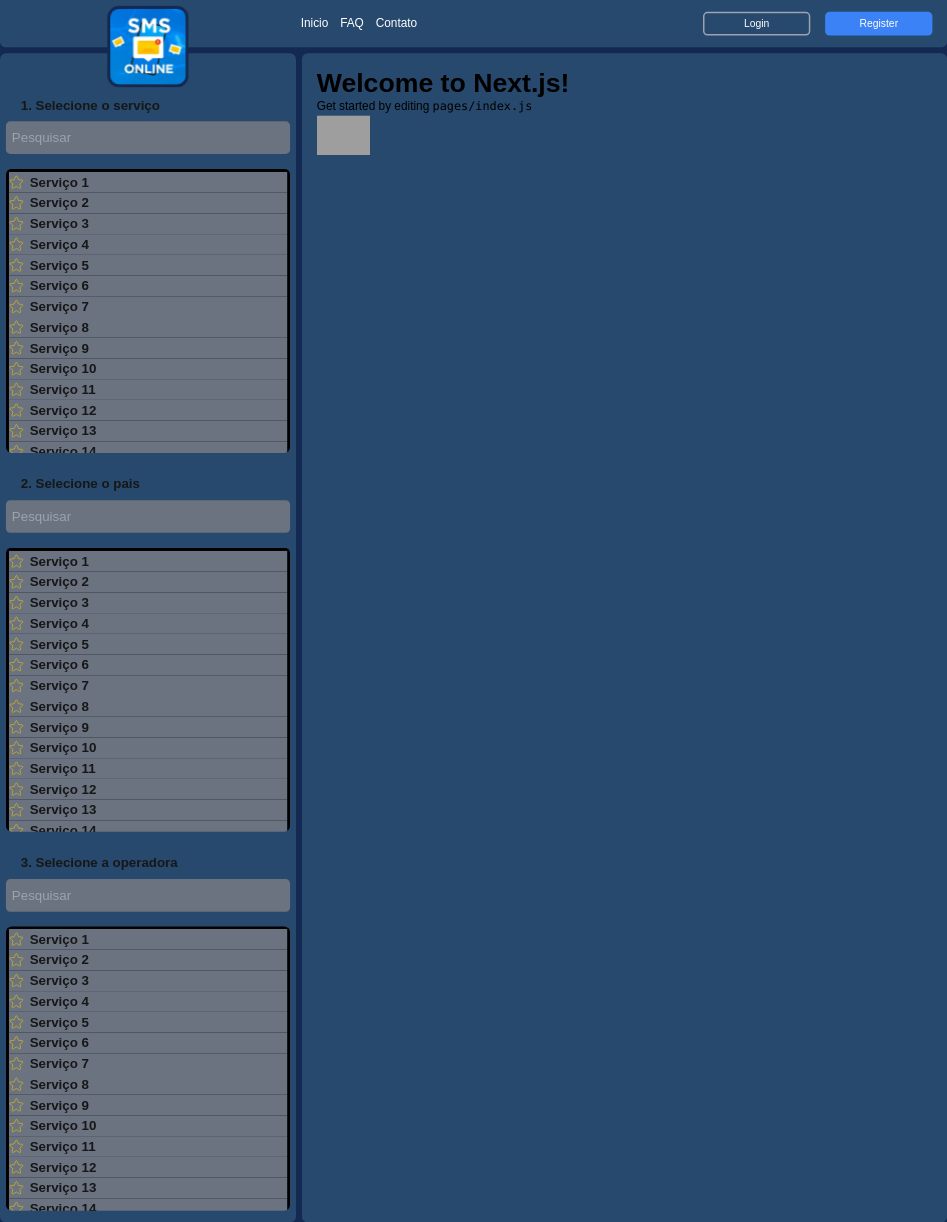
Repository: Felipe-Henrique-Dev/-DIOGO-SMS
Page: /
These files come from the project's save history. The page is drawn as it stood at one moment and after a run of saves; the edit follows.
The browser window is 1280 px wide. The pictures show the whole page, at 74% of full size.
Pictures or frames that could not be fetched are drawn as grey boxes. The project was rebuilt for these pictures with package versions that can differ from the ones it lists, and the page was loaded fresh each time. The framework's server and built-in components were replaced by stand-ins that run in the browser. Also part of the build but not shown: next.config.ts.

Above is the page before, as saved 2024-12-16 22:31:49.

### src/app/layout.tsx
import type { Metadata } from "next";
import "./globals.css";
import Header from "@/components/main/Header";
import Main from "@/components/main/Main";
import WebApp from "@/components/main/WebApp";



export const metadata: Metadata = {
  title: "Create Next App",
  description: "Generated by create next app",
};

export default function RootLayout({
  children,
}: Readonly<{
  children: React.ReactNode;
}>) {
  return (
    <html lang="pt-br">
      <body className={`antialiased`}>
        <Header />
        <Main>
          <WebApp />
          {children}
        </Main>
      </body>
    </html>
  );
}

### src/app/page.tsx
import Section from "@/components/main/Section";
import Image from "next/image";

export default function Home() {
  return (
    <Section>
      <h1 className="text-4xl font-bold text-center">Welcome to Next.js!</h1>
      <p className="text-center">
        Get started by editing <code>pages/index.js</code>
      </p>
      <Image
        src="/vercel.svg"
        alt="Vercel Logo"
        width={72}
        height={16}
      />
    </Section>
  );
}

### src/app/globals.css
@tailwind base;
@tailwind components;
@tailwind utilities;

:root {
  --background: hsl(220, 60%, 20%);
  --background-secondary: hsl(211, 47%, 29%);
  --background-tertiary: hsl(0, 0%, 87%);
  --primary_text: hsl(0, 0%, 100%);
  --foreground: #171717;
  --color-primary: #000;
  --color-secondary: hsl(208, 98%, 43%);
}


body {
  color: var(--foreground);
  background: var(--background);
  font-family: Arial, Helvetica, sans-serif;
}

::-webkit-scrollbar {
  width: 8px;
  height: 10px;
}

::-webkit-scrollbar-track {
  background-color: var(--background);
}

::-webkit-scrollbar-thumb {
  background: var(--color-secondary);
  border-radius: 10px;
}

::-webkit-scrollbar-thumb:hover {
  background-color: var(--color-highlight-hover);
}

### src/components/main/Header.tsx
import React from "react";
import { Button } from "./Button";


export default function Header() {
  return (
    <header className="h-16 bg-background_secondary max-w-screen-2xl m-auto top-0 items-center justify-between  flex rounded-b-lg px-5 z-[99] ">
        <span className="text-white text-lg font-bold"></span>
        <nav className="flex gap-4">
            <a href="#" className="text-white">Inicio</a>
            <a href="#" className="text-white">FAQ</a>
            <a href="#" className="text-white">Contato</a>
        </nav>
        <div className="container flex justify-between items-center w-1/4 gap-5">
            <Button type="button" size="sm" className="text-white" isLoading={false} bgColor="none">Login</Button>
            <Button type="button" size="sm" className="text-white" isLoading={false} bgColor="primary">
                Register
            </Button>
        </div>
    </header>
  );
}

### src/components/main/Main.tsx
import React from "react";

export default function Main({
  children,
}: Readonly<{
  children: React.ReactNode;
}>) {
  return (
    <main className="container max-w-screen-2xl mx-auto flex pt-2 gap-2 ">
      {children}
    </main>
  );
}

### src/components/main/WebApp.tsx
'use client'
import React from "react";
import { Input } from "./Input";
import { useForm } from "react-hook-form"
import Image from "next/image";
export default function WebApp() {
  const [selectService, setSelectService] = React.useState<{ title: string; valor: number; numberDispobilize: number; id: string } | null>(null);
  const [selectCountry, setSelectCountry] = React.useState<{ title: string; valor: number; numberDispobilize: number; id: string } | null>(null);
  const [selectOperator, setSelectOperator] = React.useState<{ title: string; valor: number; numberDispobilize: number; id: string } | null>(null);

  return (
    <aside className="min-w-[25rem] min-h-[90svh] bg-background_secondary text-pri sticky left-0 top-[4.5rem] rounded-lg flex flex-col p-2 gap-5  pt-14 z-[999]">
      <Image src="/logo.webp" alt="Logo" width={110} height={110} className="rounded-2xl absolute -top-16 transform -translate-x-1/2 left-1/2 z-[99] border-4 border-background " />
      <Container subTitle="1. Selecione o serviço" list={list} select={selectService} setSelect={setSelectService} />
      <Container subTitle="2. Selecione o pais" list={list} select={selectCountry} setSelect={setSelectCountry} />
      <Container subTitle="3. Selecione a operadora" list={list} select={selectOperator} setSelect={setSelectOperator} />
    </aside>
  );
}


const Container = ({
  list,
  subTitle,
  select,
  setSelect
}: {
  subTitle: string;
  select?: { title: string; valor: number; numberDispobilize: number; id: string } | null;
  setSelect: React.Dispatch<React.SetStateAction<{ title: string; valor: number; numberDispobilize: number; id: string } | null>>;
  list: { title: string; valor: number; numberDispobilize: number; id: string }[];
}) => {
  const { register, watch } = useForm();
  const filter = (watch("filter") || "").toLowerCase();
  const [favorites, setFavorites] = React.useState<string[]>([]);
  const [loading, setLoading] = React.useState<boolean>(true);

  React.useEffect(() => {
    const storedFavorites = JSON.parse(localStorage.getItem("favorites") || "[]");
    setFavorites(storedFavorites);
    setLoading(false);
  }, []);

  const setFavoriteInStorage = (item: string) => {
    const newFavorites = favorites.includes(item)
      ? favorites.filter(favorite => favorite !== item)
      : [...favorites, item];

    setFavorites(newFavorites);
    localStorage.setItem("favorites", JSON.stringify(newFavorites));
  };

  // Primeiro filtrar e ordenar a lista antes do map
  const filteredAndSortedList = React.useMemo(() => {
    return list
      .filter(item => item.title.toLowerCase().includes(filter))
      .sort((a, b) => {
        const aFav = favorites.includes(a.id);
        const bFav = favorites.includes(b.id);
        if (aFav && !bFav) return -1;
        if (!aFav && bFav) return 1;
        return 0;
      });
  }, [list, filter, favorites]);

  if (loading) return <div>Carregando...</div>;

  return (
    <div className="flex flex-col gap-2  ">
      <span className="text-lg font-bold w-full text-start px-5">{subTitle}</span>
      {
        select ?
          <div className="flex w-full bg-slate-300 rounded-lg h-10 items-center justify-start px-5 gap-5 ">
            <button onClick={() => setSelect(null)} className="flex items-center justify-center gap-2 h-8 min-w-8 rounded-xl border-red-500 border-[1px] text-black">X</button>
            <span className="text-lg font-bold min-w-8 h-8 rounded-full text-center bg-white ">I</span>
            <span className="text-lg font-bold w-auto text-center">{select.title}</span>
          </div>
        :
        <>
          <Input type="text" placeholder="Pesquisar" size="lg" register={register("filter")} />
          <div className="h-96 bg-black w-full my-2 overflow-x-auto scroll-smooth rounded-lg p-1 ">
            {filteredAndSortedList.map((item) => (
              <div className="bg-gray-500 w-full flex items-center justify-start gap-2" key={item.id}>
                <Stars
                  stars={favorites.includes(item.id)}
                  setFavorite={() => setFavoriteInStorage(item.id)}
                />
                <button className="flex flex-col" onClick={() => setSelect(item)}>
                  <span className="text-lg font-bold w-full text-center">{item.title}</span>
                </button>
              </div>
            ))}
          </div>
        </>
      }
    </div>
  );
};



const list = [
  {
    id: "1",
    title: "Serviço 1",
    valor: 10.00,
    numberDispobilize: 6000,
  },
  {
    id: "2",
    title: "Serviço 2",
    valor: 20.00,
    numberDispobilize: 5000,
  },
  {
    id: "3",
    title: "Serviço 3",
    valor: 30.00,
    numberDispobilize: 4000,
  },
  {
    id: "4",
    title: "Serviço 4",
    valor: 40.00,
    numberDispobilize: 3000,
  },
  {
    id: "5",
    title: "Serviço 5",
    valor: 50.00,
    numberDispobilize: 2000,
  },
  {
    id: "6",
    title: "Serviço 6",
    valor: 60.00,
    numberDispobilize: 1000,
  },
  {
    id: "7",
    title: "Serviço 7",
    valor: 70.00,
    numberDispobilize: 900,
  },
  {
    id: "8",
    title: "Serviço 8",
    valor: 80.00,
    numberDispobilize: 800,
  },
  {
    id: "9",
    title: "Serviço 9",
    valor: 90.00,
    numberDispobilize: 700,
  },
  {
    id: "10",
    title: "Serviço 10",
    valor: 100.00,
    numberDispobilize: 600,
  },
  {
    id: "11",
    title: "Serviço 11",
    valor: 110.00,
    numberDispobilize: 500,
  },
  {
    id: "12",
    title: "Serviço 12",
    valor: 120.00,
    numberDispobilize: 400,
  },
  {
    id: "13",
    title: "Serviço 13",
    valor: 130.00,
    numberDispobilize: 300,
  },
  {
    id: "14",
    title: "Serviço 14",
    valor: 140.00,
    numberDispobilize: 200,
  },
  {
    id: "15",
    title: "Serviço 15",
    valor: 150.00,
    numberDispobilize: 100,
  }
];

const Stars = ({stars, setFavorite} : {stars: boolean, setFavorite: () => void}) => {
  return (
      <>
          {
              !stars?
              <svg width="20" height="20" viewBox="0 0 13 12" fill="none" xmlns="http://www.w3.org/2000/svg" onClick={setFavorite} className="cursor-pointer" >
                  <path d="M6.49956 9.51326L9.26623 11.1866C9.77289 11.4933 10.3929 11.0399 10.2596 10.4666L9.52623 7.31992L11.9729 5.19993C12.4196 4.81326 12.1796 4.07993 11.5929 4.03326L8.37289 3.75993L7.11289 0.786592C6.88623 0.246592 6.11289 0.246592 5.88623 0.786592L4.62623 3.75326L1.40623 4.02659C0.81956 4.07326 0.57956 4.80659 1.02623 5.19326L3.47289 7.31326L2.73956 10.4599C2.60623 11.0333 3.22623 11.4866 3.73289 11.1799L6.49956 9.51326Z" fill="none" stroke="#EFC900" strokeWidth="0.5"/>
              </svg>
              :
              <svg width="20" height="20" viewBox="0 0 13 12" fill="none" xmlns="http://www.w3.org/2000/svg" onClick={setFavorite} className="cursor-pointer">
                  <path d="M6.49956 9.51326L9.26623 11.1866C9.77289 11.4933 10.3929 11.0399 10.2596 10.4666L9.52623 7.31992L11.9729 5.19993C12.4196 4.81326 12.1796 4.07993 11.5929 4.03326L8.37289 3.75993L7.11289 0.786592C6.88623 0.246592 6.11289 0.246592 5.88623 0.786592L4.62623 3.75326L1.40623 4.02659C0.81956 4.07326 0.57956 4.80659 1.02623 5.19326L3.47289 7.31326L2.73956 10.4599C2.60623 11.0333 3.22623 11.4866 3.73289 11.1799L6.49956 9.51326Z" fill="#EFC900"/>
              </svg>
          }
      </>
  );
}

### src/components/main/Section.tsx
import { cn } from "@/lib/utils";
import React from "react";

export default function Section({
  children,
  className
}: Readonly<{
  children: React.ReactNode;
  className?: string;
}>) {
  return (
    <section className={cn(
      "p-5 flex flex-col min-h-[90svh] bg-background_secondary w-full text-black items-start justify-start rounded-lg ",
      className
    )}>
      {children}
    </section>
  );
}

### src/components/main/Button.tsx
/* eslint-disable @typescript-eslint/no-explicit-any */
import { cn } from "@/lib/utils";
import React from "react";

export const Button = ({
    className,
    size = "md",
    onClick,
    children,
    type,
    isLoading,
    bgColor = "primary",
}:{
    type: 'button' | 'submit' | 'reset';
    onClick?: (event: React.MouseEvent<HTMLButtonElement>) => void;
    className?: string;
    children: React.ReactNode;
    size?: "sm" | "md" | "lg";
    isLoading: boolean;
    bgColor?: "primary" | "secondary" | "danger" | "none";
}) => {

    const sizes = {
        sm: "w-1/2 h-8 text-sm",
        md: "w-3/4 h-10 text-base",
        lg: "w-full h-14 text-lg",
    };

    const bgColors = {
        primary: "bg-blue-500 text-white",
        secondary: "bg-gray-500 text-white",
        danger: "bg-red-500 text-white",
        none: "bg-transparent text-black border-gray-400 border-2 "
    };

    return (
        <button
            type={type}
            onClick={onClick}
            className={cn(
                "p-2 rounded-md relative flex items-center justify-center",
                bgColors[bgColor],
                sizes[size],
                className
            )}
            disabled={isLoading}
        >
            {
                isLoading ? loading() : children
            }
        </button>
    );
}


const loading = () => {
    return (
        <div className="absolute inset-0 bg-gray-300 bg-opacity-50 flex items-center justify-center">
            <div className="animate-spin rounded-full h-12 w-12 border-t-2 border-b-2 border-gray-900"></div>
        </div>
    );
}

### src/components/main/Input.tsx
/* eslint-disable @typescript-eslint/no-unused-vars */
/* eslint-disable @typescript-eslint/no-explicit-any */
import { cn } from "@/lib/utils";
import React from "react";

export const Input = ({
    type,
    placeholder,
    classNameSpan,
    classNameLabel,
    classNameInput,
    label,
    size = "md",
    icon,
    register,
    bgColor = "secondary",
    labelIsHidden = false,
    name
}:{
    type: 'text' | 'password' | 'email';
    placeholder: string;
    classNameSpan?: string;
    classNameLabel?: string;
    classNameInput?: string;
    size?: "sm" | "md" | "lg";
    icon?: React.ReactNode;
    register?: any;
    label?: string;
    bgColor?: "primary" | "secondary" | "danger" | "none";
    labelIsHidden?: boolean;
    name?: string;
}) => {

    const sizes = {
        sm: "w-1/2 h-8 text-sm",
        md: "w-3/4 h-10 text-base",
        lg: "w-full h-12 text-lg",
    };

    const bgColors = {
        primary: "bg-blue-500 text-white",
        secondary: "bg-gray-500 text-white",
        danger: "bg-red-500 text-white",
        none: "bg-transparent text-black border-gray-300 border-2"
    };


    return (
        <span className={cn(
                "relative flex flex-col",
                sizes[size],
                classNameSpan,
        )}>
            {
                labelIsHidden &&
                <label className={cn(
                    classNameLabel
                )} >
                    {label}
                </label>
            }
            <input
                type={type}
                placeholder={placeholder}
                {...register}
                className={cn(
                    "p-2 rounded-md relative w-full",
                    classNameInput,
                    bgColors[bgColor]
                )}
            />
            {icon}
        </span>

    );
}

### tailwind.config.ts
import type { Config } from "tailwindcss";

export default {
  content: [
    "./src/pages/**/*.{js,ts,jsx,tsx,mdx}",
    "./src/components/**/*.{js,ts,jsx,tsx,mdx}",
    "./src/app/**/*.{js,ts,jsx,tsx,mdx}",
  ],
  theme: {
    extend: {
      colors: {
        background: "var(--background)",
        foreground: "var(--foreground)",
        background_secondary: "var(--background-secondary)",
        primary: "var(--primary)",
      },
      background : {
        background: "var(--background)",
        background_secondary: "var(--background-secondary)",
        foreground: "var(--foreground)",
      },
    },
  },
  plugins: [],
} satisfies Config;

Loaded but not shown: src/lib/utils.ts (common file)

After the next 2 saves:
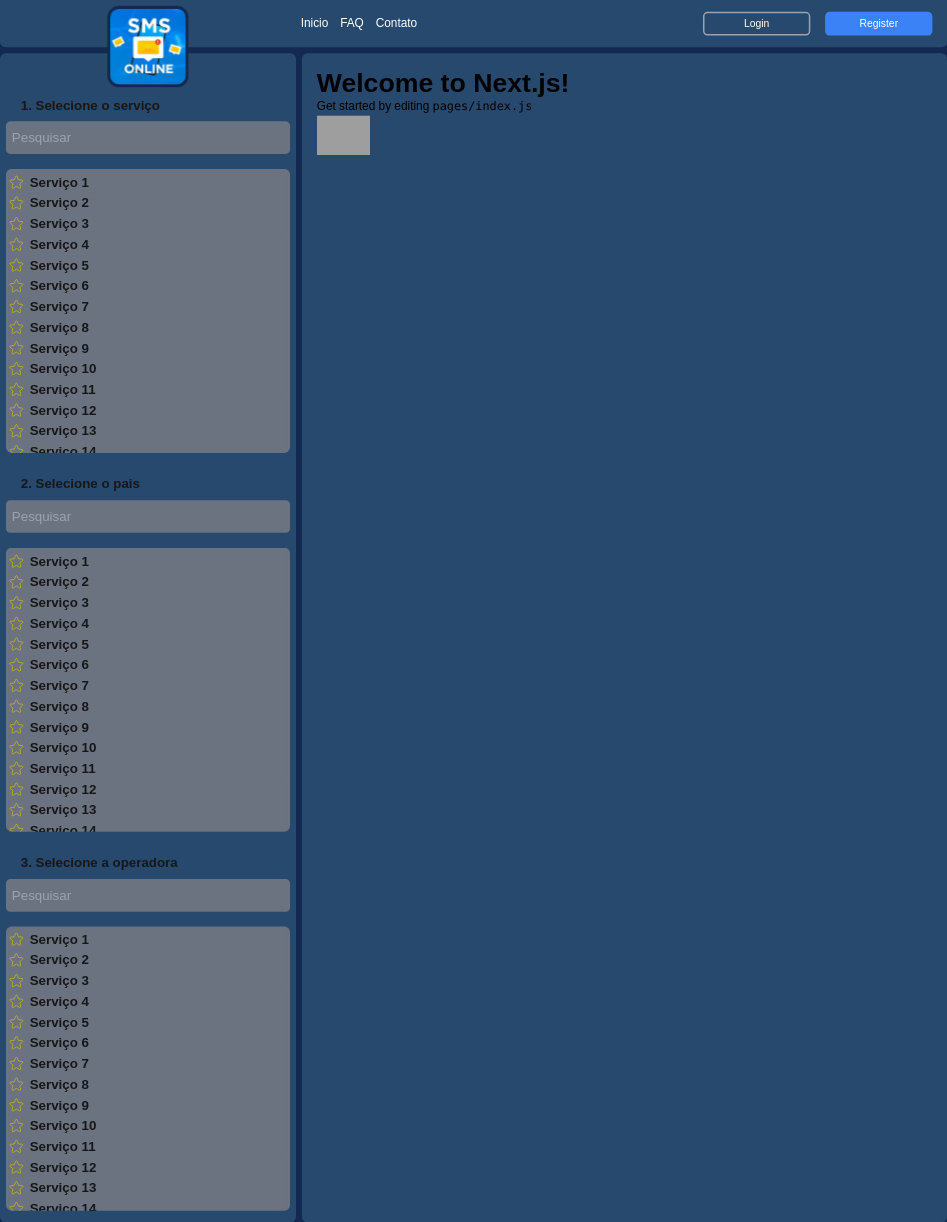
The 2 saves are shown as one change because they came seconds apart.
The last was saved 11 s later.
--- a/src/components/main/WebApp.tsx
+++ b/src/components/main/WebApp.tsx
@@ -78,7 +78,7 @@ const Container = ({
         :
         <>
           <Input type="text" placeholder="Pesquisar" size="lg" register={register("filter")} />
-          <div className="h-96 bg-black w-full my-2 overflow-x-auto scroll-smooth rounded-lg p-1 ">
+          <div className="h-96 bg-gray-500 w-full my-2 overflow-x-auto scroll-smooth rounded-lg p-1 ">
             {filteredAndSortedList.map((item) => (
               <div className="bg-gray-500 w-full flex items-center justify-start gap-2" key={item.id}>
                 <Stars
